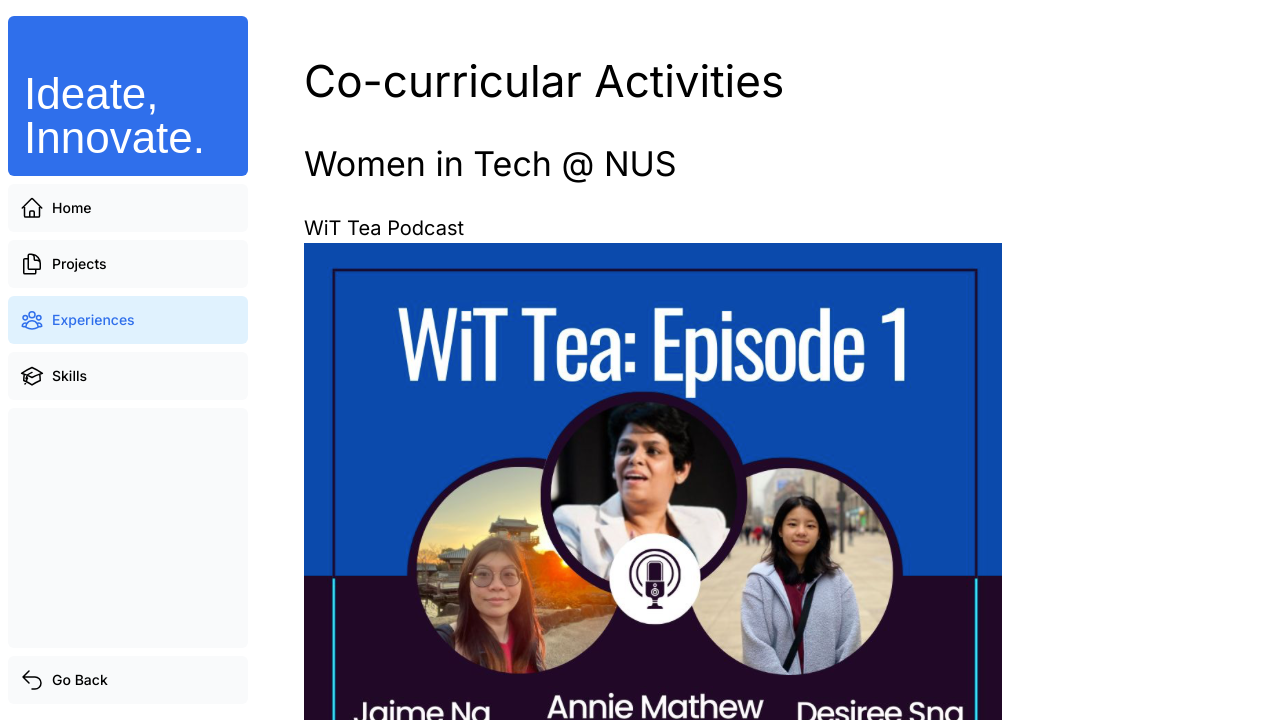
Repository: ThatGirlJam/jaime-portfolio
Page: /dashboard/experiences
These files come from the project's save history. The page is drawn as it stood at one moment and after the next save; the edit follows.
The browser window is 1280 px wide. The pictures show the whole page.
An inner scrolling area shows only its first screen. Some web fonts or font styles are not loaded; a fallback is used. The project was rebuilt for these pictures with package versions that can differ from the ones it lists, and the page was loaded fresh each time. The framework's server and built-in components were replaced by stand-ins that run in the browser. Also part of the build but not shown: next.config.js.

Above is the page before, as saved 2024-04-09 23:56:09.

After the next save:
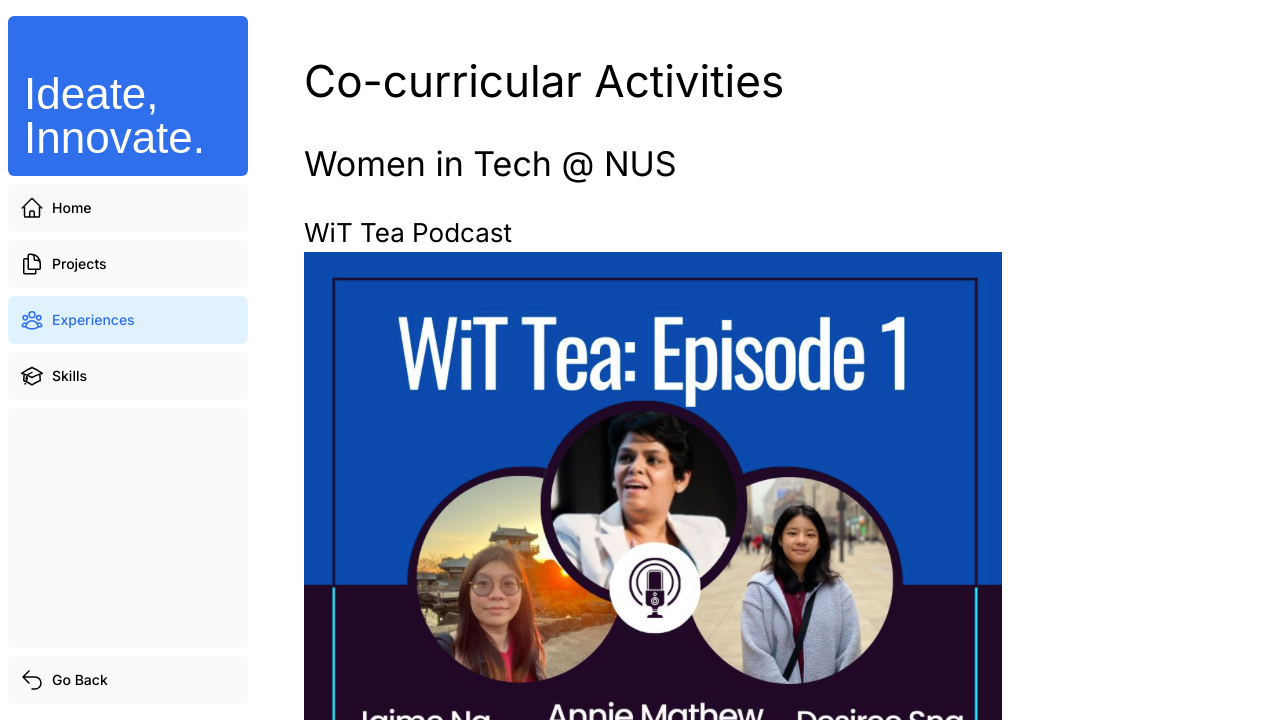
Saved 6 s later.
--- a/app/dashboard/experiences/page.tsx
+++ b/app/dashboard/experiences/page.tsx
@@ -8,7 +8,7 @@
     <p className="text-[34px]"> Women in Tech @ NUS </p>
     <br />
 
-    <p className="text-[20px]"> WiT Tea Podcast </p>
+    <p className="text-[26px]"> WiT Tea Podcast </p>
     <Image
             src="/wit-podcast.png"
             width={698}
